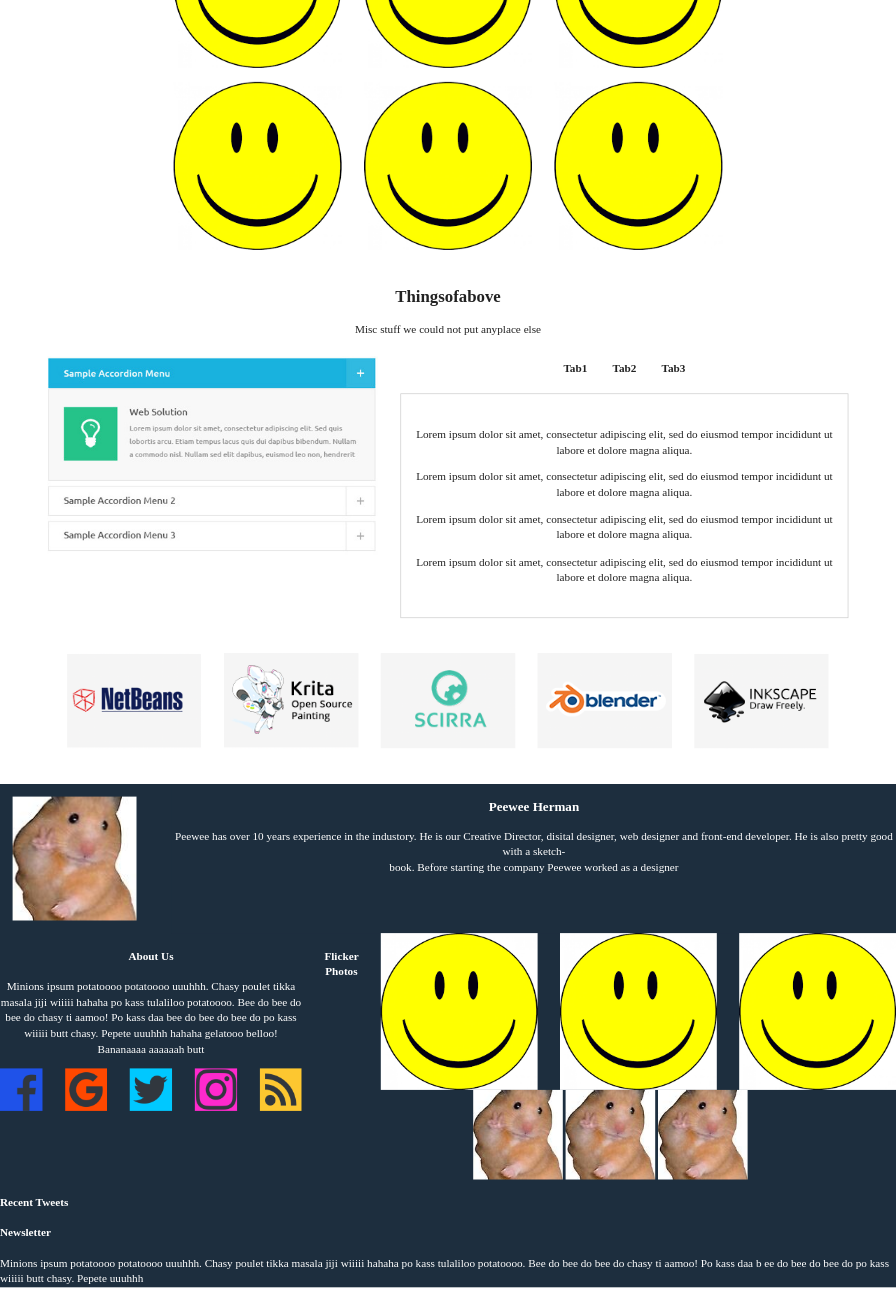
Repository: KanaKimishima/project1-responsive
Page: index.html
An editor plug-in stored every save of this project. The page is shown before and after the next save, followed by the edit.
The browser window is 1280 px wide. The pictures show the part of the page from y = 1850 to 3770 px (the page is 3705 px tall before and 3770 px after), at 70% of full size.

Above is the page before, as saved 2023-02-06 22:47:35.

After the next save:
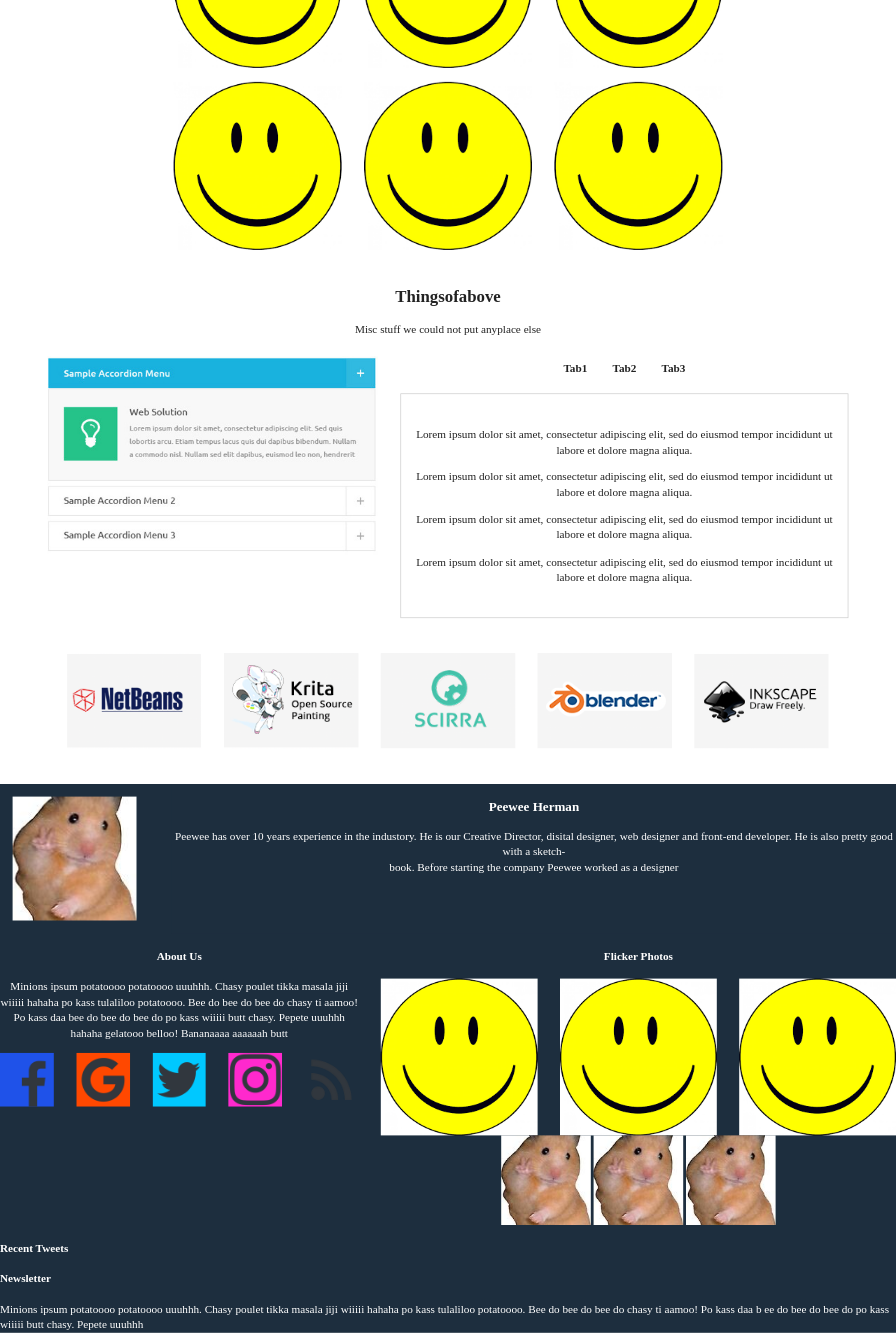
Saved 11 s later.
--- a/index.html
+++ b/index.html
@@ -224,19 +224,18 @@
                         <li><img class="google" src="img/google.png" alt=""></li>
                         <li><img class="twitter" src="img/twitter.png" alt=""></li>
                         <li><img class="instagram" src="img/instagram.png" alt=""></li>
-                        <li><img class="rss" src="img/rss.png" alt=""></li>
+                        <li><img class="" src="img/rss.png" alt=""></li>
                     </ul>
                 </div>
             </div>
 
             <div class="flicker">
-                <div class="row">
-                    <h4>Flicker Photos</h4>
-                    <div class="flicker-imgs row">
-                        <img src="img/Happy.png" alt="">
-                        <img src="img/Happy.png" alt="">
-                        <img src="img/Happy.png" alt="">
-                    </div>
+                <div class="column"></div>
+                <h4>Flicker Photos</h4>
+                <div class="flicker-imgs row">
+                    <img src="img/Happy.png" alt="">
+                    <img src="img/Happy.png" alt="">
+                    <img src="img/Happy.png" alt="">
                 </div>
                 <div class="flicker-imgs2 row"></div>
                     <img src="img/meme.jpg" alt="">
